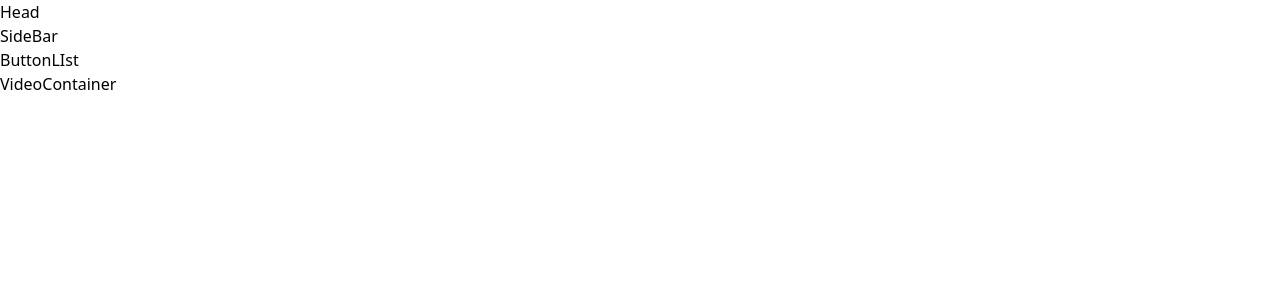
Repository: AmolPawar7181/namaste-youtube
Page: /watch
These files come from the project's save history. The page is drawn as it stood at one moment and after the next save; the edit follows.
The browser window is 1280 px wide. The pictures show the whole page.
The project was rebuilt for these pictures with package versions that can differ from the ones it lists, and the page was loaded fresh each time. Also part of the build but not shown: vite.config.ts.

Above is the page before, as saved 2023-03-19 11:56:15.

### src/App.tsx
import Body from './components/Body';
import Head from './components/Head';
import './index.css';

function App() {

  return (
    <>
    <Head />
    <Body />
    </>
  )
}

export default App;

### src/components/Body.tsx
import React from 'react'
import MainContainer from './MainContainer'
import SideBar from './SideBar'

const Body = () => {
  return (
    <div>
        <SideBar />
        <MainContainer />
    </div>
  )
}

export default Body

### src/components/Head.tsx
import React from 'react'

const Head = () => {
  return (
    <div>Head</div>
  )
}

export default Head

### src/components/MainContainer.tsx
import React from 'react'
import ButtonList from './ButtonLIst';
import VideoContainer from './VideoContainer';

const MainContainer = () => {
  return (
    <div>
        <ButtonList />
        <VideoContainer />
    </div>
  )
}

export default MainContainer

### src/components/ButtonLIst.tsx
import React from 'react'

const ButtonList = () => {
  return (
    <div>ButtonLIst</div>
  )
}

export default ButtonList;

### tailwind.config.cjs
/** @type {import('tailwindcss').Config} */
module.exports = {
  content: [
    "./index.html",
  "./src/**/*.{js,ts,jsx,tsx}",],
  theme: {
    extend: {},
  },
  plugins: [],
}

Loaded but not shown: index.html (common file); src/main.tsx (common file); src/index.css (common file); src/components/SideBar.tsx (common file); src/components/VideoContainer.tsx (common file)

After the next save:
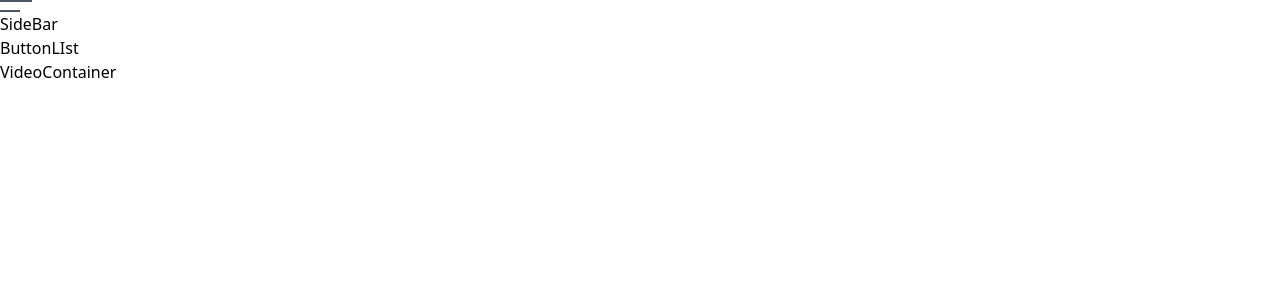
Saved 2 min 51 s later.
--- a/src/components/Head.tsx
+++ b/src/components/Head.tsx
@@ -2,7 +2,12 @@
 
 const Head = () => {
   return (
-    <div>Head</div>
+    <div>
+        <div className="space-y-2">
+  <span className="block w-8 h-0.5 bg-gray-600"></span>
+  <span className="block w-5 h-0.5 bg-gray-600"></span>
+</div>
+    </div>
   )
 }
 
